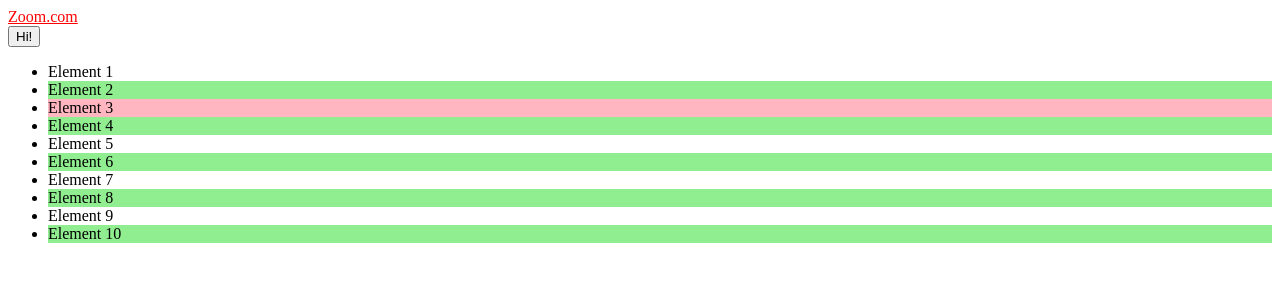
Repository: nottonofclay/csi_waymo
Page: pseudoclasses/pseudoclasses.html
These files come from the project's save history. The page is drawn as it stood at one moment and after the next save; the edit follows.
The browser window is 1280 px wide. The pictures show the whole page.

Above is the page before, as saved 2023-07-06 11:53:32.

### pseudoclasses/pseudoclasses.html
<!DOCTYPE html>
<html lang="en">
<head>
    <meta charset="UTF-8">
    <meta name="viewport" content="width=device-width, initial-scale=1.0">
    <title>Document</title>
    <link rel="stylesheet" href="pseudoclasses.css">
</head>
<body>
    <a href="https://www.zoom.com">Zoom.com</a>
    <br>
    <button>Hi!</button>
    <ul>
        <li>Element 1</li>
        <li>Element 2</li>
        <li>Element 3</li>
        <li>Element 4</li>
        <li>Element 5</li>
        <li>Element 6</li>
        <li>Element 7</li>
        <li>Element 8</li>
        <li>Element 9</li>
        <li>Element 10</li>
    </ul>
</body>
</html>

### pseudoclasses/pseudoclasses.css
a:link {
    color:red;
}
a:visited {
    color:darkolivegreen;
}
a:hover {
    color:black;
}
a:active{
    color:aqua;
}
button:hover {
    color:cornflowerblue;
    background-color: white;
}
button:active {
    background-color: green;
}
li:nth-child(3) {
    background-color: lightpink;
}
li:nth-child(even) {
    background-color: lightgreen
}
li:nth-child(5n) {
    background-color: lgi
}

After the next save:
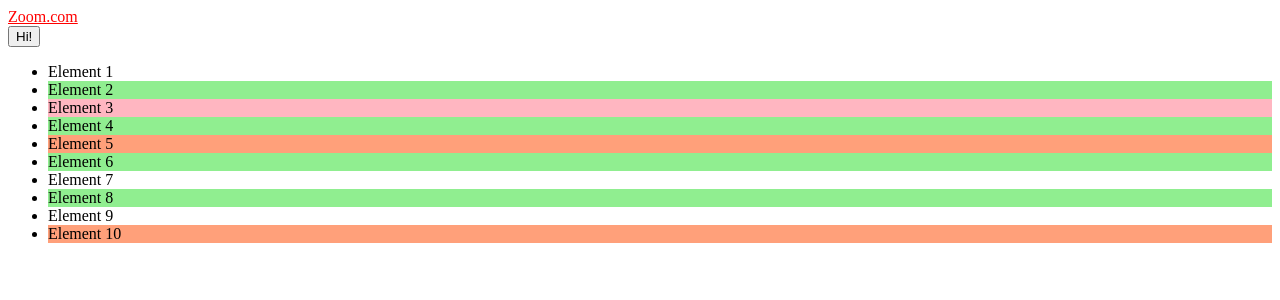
Saved 4 s later.
--- a/pseudoclasses/pseudoclasses.css
+++ b/pseudoclasses/pseudoclasses.css
@@ -24,5 +24,5 @@ li:nth-child(even) {
     background-color: lightgreen
 }
 li:nth-child(5n) {
-    background-color: lgi
+    background-color: lightsalmon;
 }
